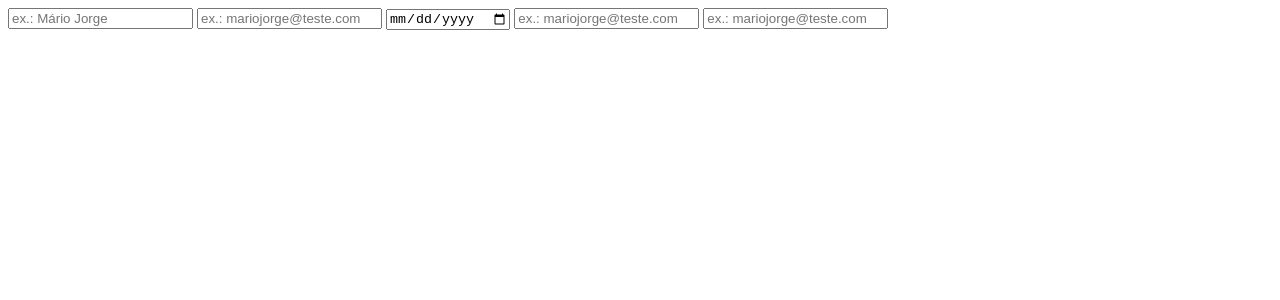
Repository: mjRibeiroTriscal/UVA_Projects
Page: Proj_A1_AVA2_2020_1/index.html
An editor plug-in stored every save of this project. The page is shown before and after the next save, followed by the edit.
The browser window is 1280 px wide. The pictures show the whole page.

Above is the page before, as saved 2020-03-12 15:29:16.

### Proj_A1_AVA2_2020_1/index.html
<!--
*   @project     A1_AVA2_UVA_2020_1
*   @author      Mário Jorge (mariojgmaster@yahoo.com.br)
*   @Git         MJRibeiroTriscal (https://github.com/mjRibeiroTriscal)
-->

<html>

<head>
    <meta charset="UTF-8">
    <title>Who</title>
    <!-- <link rel="icon" href="./favicon.png" sizes="16x16 32x32" type="image/png"> -->
    <script src="./script.js"></script>
    <link rel="stylesheet" href="./style.css" />
</head>

<body>
    <div id="container">
        <header>

        </header>
        <section>

            <form name="formUva">
                <input id="nome" type="text" name="nome" placeholder="ex.: Mário Jorge" />
                <input id="email" type="text" name="email" placeholder="ex.: mariojorge@teste.com" />
                <input id="dataNasc" type="date" name="dataNasc" />
                <input id="email" type="text" name="email" placeholder="ex.: mariojorge@teste.com" />
                <input id="email" type="text" name="email" placeholder="ex.: mariojorge@teste.com" />
            </form>

        </section>
        <footer>

        </footer>
</body>

</html>

### Proj_A1_AVA2_2020_1/script.js
/*
 *   @project     A1_AVA2_UVA_2020_1
 *   @author      Mário Jorge (mariojgmaster@yahoo.com.br)
 *   @Git         MJRibeiroTriscal (https://github.com/mjRibeiroTriscal)
 */

### Proj_A1_AVA2_2020_1/style.css
/*
 *   @project     A1_AVA2_UVA_2020_1
 *   @author      Mário Jorge (mariojgmaster@yahoo.com.br)
 *   @Git         MJRibeiroTriscal (https://github.com/mjRibeiroTriscal)
 */

After the next save:
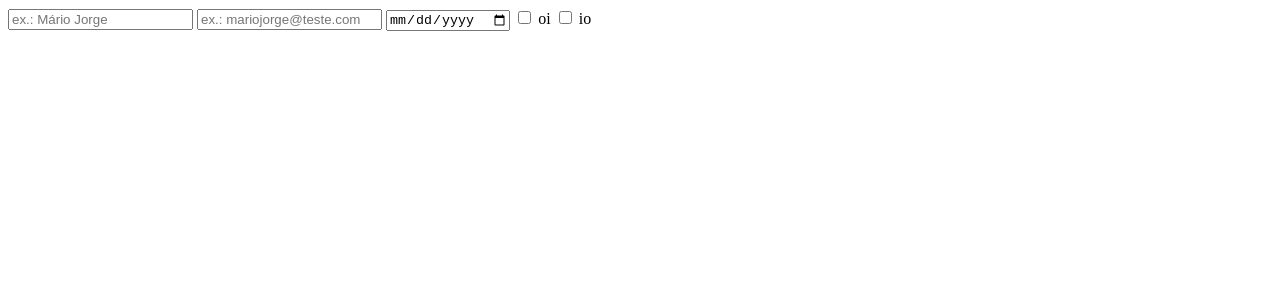
Saved 81 s later.
--- a/Proj_A1_AVA2_2020_1/index.html
+++ b/Proj_A1_AVA2_2020_1/index.html
@@ -25,8 +25,8 @@
                 <input id="nome" type="text" name="nome" placeholder="ex.: Mário Jorge" />
                 <input id="email" type="text" name="email" placeholder="ex.: mariojorge@teste.com" />
                 <input id="dataNasc" type="date" name="dataNasc" />
-                <input id="email" type="text" name="email" placeholder="ex.: mariojorge@teste.com" />
-                <input id="email" type="text" name="email" placeholder="ex.: mariojorge@teste.com" />
+                <input type="checkbox" name="sexo" /> oi
+                <input type="checkbox" name="sexo" /> io
             </form>
 
         </section>
